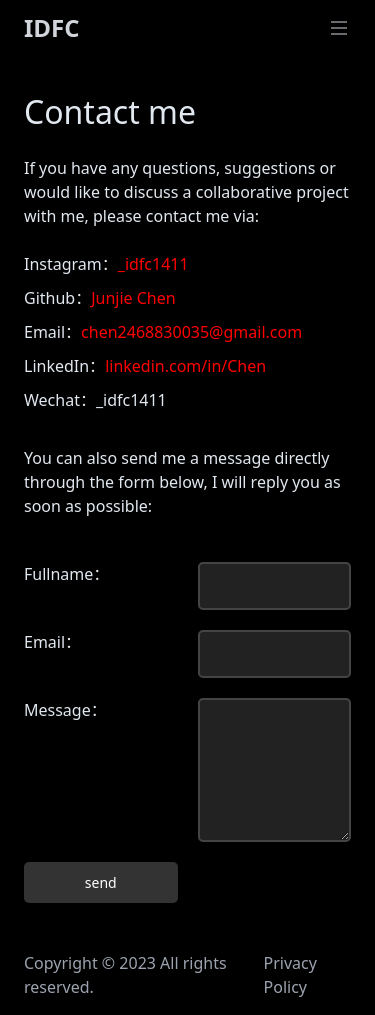
Repository: skybainiao/HackerStarter
Page: htmlFile/me.html
The author's editor kept a copy of each file at every save. The page is drawn from the files as they stood at one save, then again after the next save.
The browser window is 375 px wide. The pictures show the whole page.

Above is the page before, as saved 2023-04-09 17:59:03.

### htmlFile/me.html
<!DOCTYPE html>
<html lang="zh">
  <head>
    <meta charset="UTF-8">
    <meta name="viewport" content="width=device-width, initial-scale=1.0">
    <title>IDFC</title>
    <link href="https://cdn.jsdelivr.net/npm/tailwindcss@2.2.16/dist/tailwind.min.css" rel="stylesheet">
    <link href="../newCSS/home.css" rel="stylesheet">


  </head>
  <body class="flex flex-col min-h-screen">
    <div class="flex-grow">
        <!-- 导航栏 -->
        <header class="bg-black shadow-md">
          <nav class="container mx-auto px-6 py-3">
              <div class="flex items-center justify-between">
                  <div>
                      <a href="../index.html" class="text-gray-300 text-2xl font-semibold">IDFC</a>
                  </div>
                  <div id="navbarMenu" class="hidden md:flex items-center space-x-4">
                      <a href="me.html" class="text-gray-300 hover:text-white">Contact Me</a>
                  </div>
                  <button id="menuButton" class="md:hidden text-gray-300">
                      <svg xmlns="http://www.w3.org/2000/svg" class="h-6 w-6" fill="none" viewBox="0 0 24 24" stroke="currentColor">
                          <path strokeLinecap="round" strokeLinejoin="round" strokeWidth="2" d="M4 6h16M4 12h16M4 18h16" />
                      </svg>
                  </button>
              </div>
          </nav>
      </header>

         <!-- 主内容 -->
         <main class="container mx-auto px-6 py-8 flex flex-col items-center">
            <section class="contact-me">
                <h1>Contact me</h1>
                <p>If you have any questions, suggestions or would like to discuss a collaborative project with me, please contact me via:</p>
                <br>
                <ul>
                    <li>Instagram：<a href="https://instagram.com/_idfc1411?igshid=YmMyMTA2M2Y=">_idfc1411</a></li>
                    <li>Github：<a href="https://github.com/skybainiao">Junjie Chen</a></li>
                    <li>Email：<a href="mailto:chen2468830035@gmail.com">chen2468830035@gmail.com</a></li>
                    <li>LinkedIn：<a href="https://www.linkedin.com/in/junjie-chen-a6b0a5231/" target="_blank">linkedin.com/in/Chen</a></li>
                    <li>Wechat：_idfc1411</li>
                </ul>
                <br>
                <p>You can also send me a message directly through the form below, I will reply you as soon as possible:</p>
                <br>
                <form action="contact-form.php" method="post">
                    <label for="name">Fullname：</label>
                    <input type="text" id="name" name="name" required>

                    <label for="email">Email：</label>
                    <input type="email" id="email" name="email" required>

                    <label for="message">Message：</label>
                    <textarea id="message" name="message" rows="5" required></textarea>

                    <button id="send">send</button>
                </form>
            </section>
        </main>
    </div>

    <!-- 页脚 -->
    <footer class="bg-black shadow-md">
        <div class="container mx-auto px-6 py-4">
            <div class="flex justify-between items-center">
                <div>
                    <p class="text-gray-400">Copyright © 2023 All rights reserved.</p>
                </div>
                <div>
                    <a href="#" class="text-gray-400 hover:text-gray-300">Privacy Policy</a>
                </div>
            </div>
        </div>
    </footer>



  <style>

/* 自定义按钮样式 */
#send {
    background-color: #333;
    color: #fff;
    padding: 12px 24px;
    border: none;
    border-radius: 5px;
    cursor: pointer;
    font-size: 16px;
    transition: background-color 0.3s;
}

/* 悬停效果 */
#send:hover {
    background-color: #555;
}

/* 自适应效果 */
@media screen and (max-width: 480px) {
    #send {
        font-size: 14px;
        padding: 10px 20px;
    }
}

      /* 标题样式 */
h1 {
    font-size: 2rem;
    margin-bottom: 20px;
}

/* 联系我页面样式 */
.contact-me ul {
    list-style-type: none;
    padding: 0;
}

.contact-me ul li {
    margin-bottom: 10px;
}

.contact-me form {
    display: grid;
    grid-template-columns: repeat(2, 1fr);
    grid-gap: 20px;
    margin-top: 20px;
}

.contact-me form label,
.contact-me form input,
.contact-me form textarea {
    display: block;
    width: 100%;
}

.contact-me form input[type="submit"] {
    grid-column: span 2;
    background-color: #333;
    color: #fff;
    padding: 10px;
    border: none;
    cursor: pointer;
}

.contact-me form input[type="submit"]:hover {
    background-color: #444;
}

.contact-me form input,
.contact-me form textarea {
    background-color: #222;
    color: #fff;
    border: 2px solid #444;
    border-radius: 5px;
    padding: 10px;
}

.contact-me form input:focus,
.contact-me form textarea:focus {
    outline: none;
    box-shadow: 0 0 5px rgba(81, 203, 238, 1);
    border-color: #81CBEE;
}
  </style>


<script src="https://code.jquery.com/jquery-3.6.1.js"></script>
<script src="../newJS/me.js"></script>

</body>
</html>

### newCSS/home.css
#h1Text{

}

.image-container {
    position: relative;
    overflow: hidden;
}

.image-container img {
    width: 100%;
    height: auto;
}

.floating-text {
    position: absolute;
    bottom: 0;
    left: 0;
    width: 100%;
    padding: 2rem;
    text-align: center;
    background-color: rgba(0, 0, 0, 0.5);
    color: white;
    font-size: 1.5rem;
    font-weight: bold;
    text-transform: uppercase;
}


.artistic-text {
    font-family: 'Lobster', cursive;
    text-align: center;
    font-size: 35px;
    letter-spacing: 3px;
    text-shadow: 2px 2px 5px rgba(0, 0, 0, 0.5);
}

/* 暗色调 */
body {
  background-color: #000000;
  color: #e2e8f0;
}

.header,
.footer {
  background-color: #000000;
}

a, .header a, .footer a {
  color: #ff0000;
}

a:hover, .header a:hover, .footer a:hover {
  color: #ff0000;
}

### newJS/me.js
let todoList = document.getElementsByTagName('ul')[0];
let inputEle = document.getElementById('content');
let fileInput = document.getElementById('fileInput');
let submit = document.getElementById('submit-1');
let p2 = document.getElementById('p2');
let p3 = document.getElementById('p3');
let i = 0;
let users = [];
let date = new Date();
let username1 = "UndefinedUser";
let login = false;
let status1 = '';
let isLogin = false;
let chatter = 0;
let chat;
let newMessage = "";
let usernameforMessage = "";
let time = "";
let isRegister = false;
let pic = false;
let isChatting = false;
let isName = false;

let name1=document.getElementById('name');
let email=document.getElementById('email');
let messages=document.getElementById('message');
let sender=document.getElementById('send');

sender.onclick = () =>send();

    function send(){
        var message = {
            "username":name1.data,
            "content":"message:"+name1.data+","+email.data+","+messages.data,
            "time":date.toLocaleString(),
           }

           $.ajax({
            type:'post',
            url:'https://www.hackerstarters.com/send',
            data:JSON.stringify(message),
            dataType:"text",
            contentType:"application/json",
            success(data){
                sender.innerHTML='Sent';
            },
            error(err){
             console.log(err);
           }
          });
    }

After the next save:
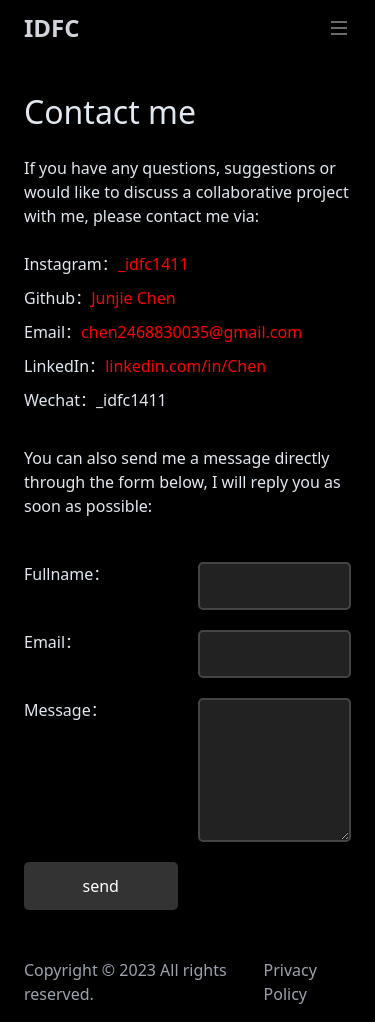
Saved 64 s later.
--- a/htmlFile/me.html
+++ b/htmlFile/me.html
@@ -97,13 +97,7 @@
     background-color: #555;
 }
 
-/* 自适应效果 */
-@media screen and (max-width: 480px) {
-    #send {
-        font-size: 14px;
-        padding: 10px 20px;
-    }
-}
+
 
       /* 标题样式 */
 h1 {
